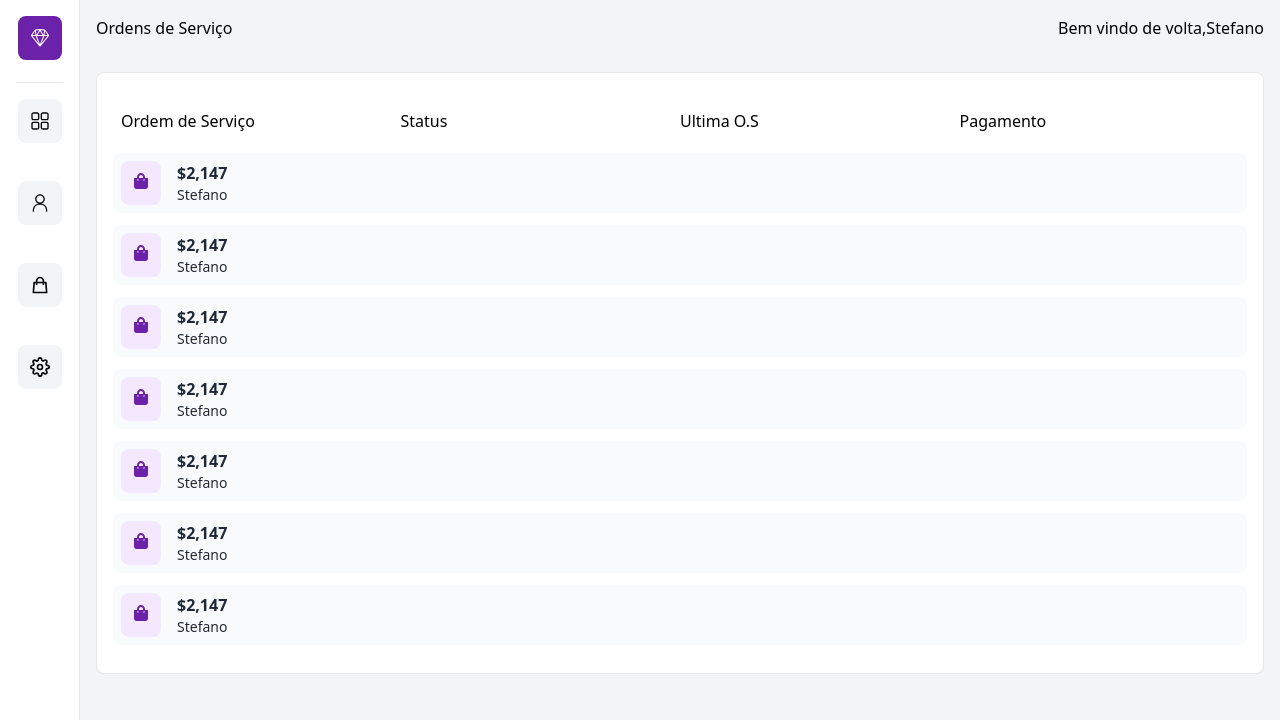
Repository: stefanosousaa/dashboard-next13
Page: /orders
These files come from the project's save history. The page is drawn as it stood at one moment and after the next save; the edit follows.
The browser window is 1280 px wide. The pictures show the whole page.
The project was rebuilt for these pictures with package versions that can differ from the ones it lists, and the page was loaded fresh each time. The framework's server and built-in components were replaced by stand-ins that run in the browser. Also part of the build but not shown: next.config.js.

Above is the page before, as saved 2023-05-18 18:34:04.

After the next save:
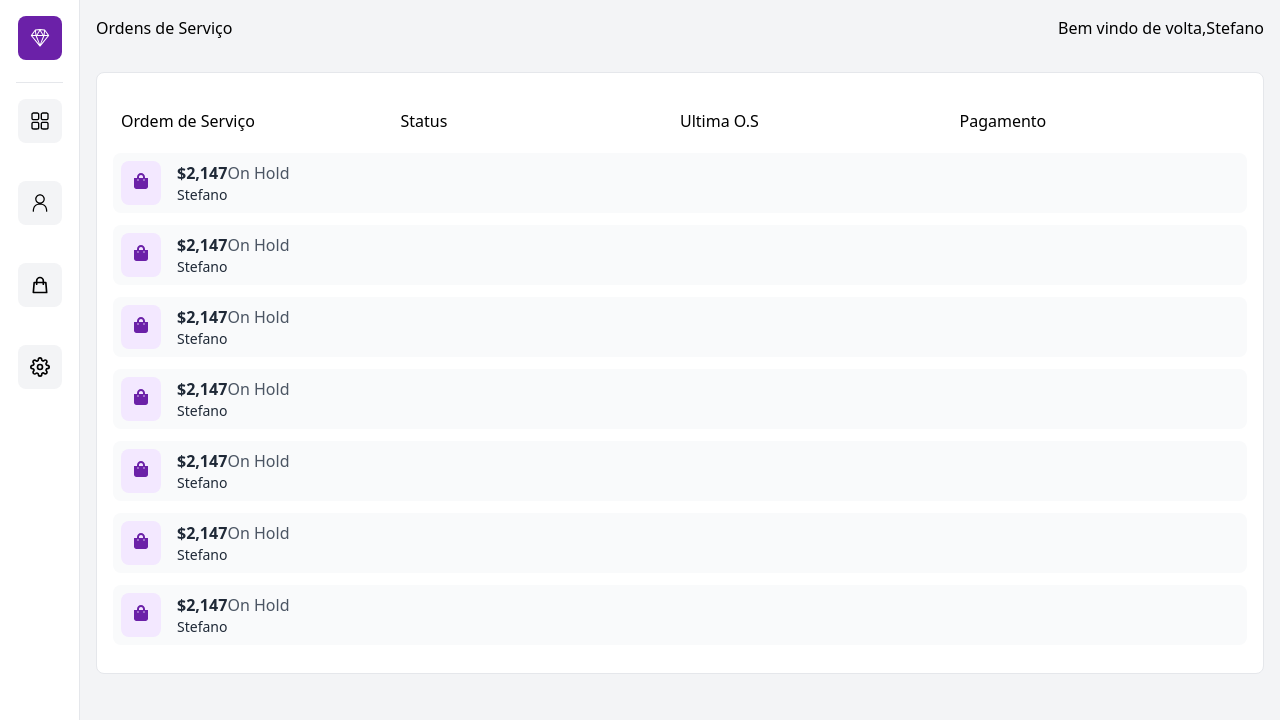
Saved 2 min 47 s later.
--- a/pages/orders.jsx
+++ b/pages/orders.jsx
@@ -28,6 +28,9 @@ const orders = () => {
                             <p className='text-gray-800 font-bold'>${order.total.toLocaleString()}</p>
                             <p className='text-gray-800 text-sm'>{order.name.first}</p>
                         </div>
+                        <p className='text-gray-600 sm:text-left text-right'>
+                            <span>{order.status}</span>
+                        </p>
                         </div>
 
 
